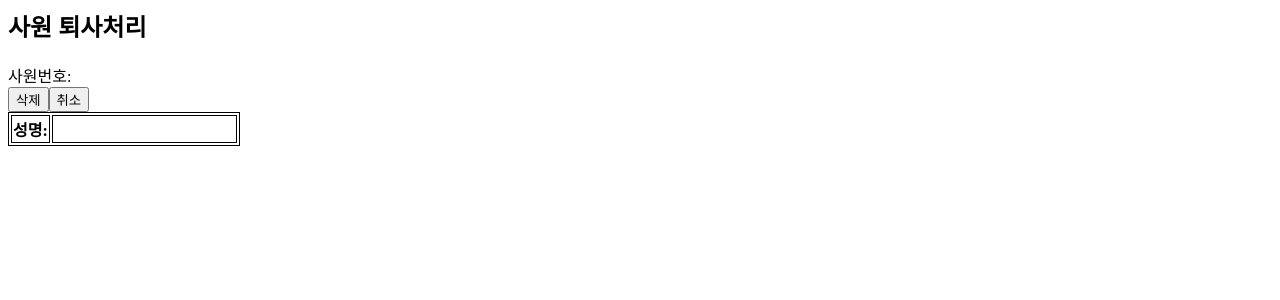
Repository: guguping/finalTestStudy
Page: http://localhost/test1/deleteMemberForm.jsp
An editor plug-in stored every save of this project. The page is shown before and after the next save, followed by the edit.
The browser window is 1280 px wide. The pictures show the whole page.
The page is served by Tomcat 9.

Above is the page before, as saved 2023-07-28 04:38:02.
Console error (its wording comes from the project's code and is left out).

### test1/src/main/webapp/deleteMemberForm.jsp
<%@ page contentType="text/html;charset=UTF-8" language="java" %>
<html>
<head>
    <title>Title</title>
        <style>
	table, tr, th {
		border: 1px solid black;
		text-align: center;
		box-sizing: border-box;
	}
	input {
		border: none;
		outline: none;
	}
	select {
		border: none;
		outline: none;
		width: 100%;
		height: 100%;
	}
</style>
</head>
<body>
<h2>사원 퇴사처리</h2>
<form action="deleteMember.jsp">
	<table>
	<tr>
			<th><label for="name">성명: </label></th>
			<th><input type="text" id="name" name="name"></th>
		</tr>

    사원번호: <input type="text" name="id"><br>
    <button type="submit">삭제</button><button type="button" onclick="location.href='index.jsp">취소</button>
    </table>
</form>
</body>
</html>

After the next save:
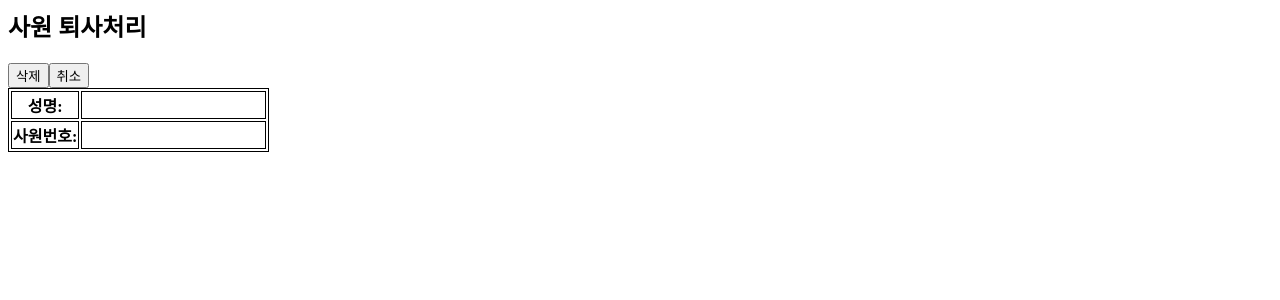
Saved 7 s later.
--- a/test1/src/main/webapp/deleteMemberForm.jsp
+++ b/test1/src/main/webapp/deleteMemberForm.jsp
@@ -29,7 +29,10 @@
 			<th><input type="text" id="name" name="name"></th>
 		</tr>
 
-    사원번호: <input type="text" name="id"><br>
+    <tr>
+			<th><label for="id">사원번호: </label></th>
+			<th><input type="text" id="id" name="id"></th>
+		</tr>
     <button type="submit">삭제</button><button type="button" onclick="location.href='index.jsp">취소</button>
     </table>
 </form>
